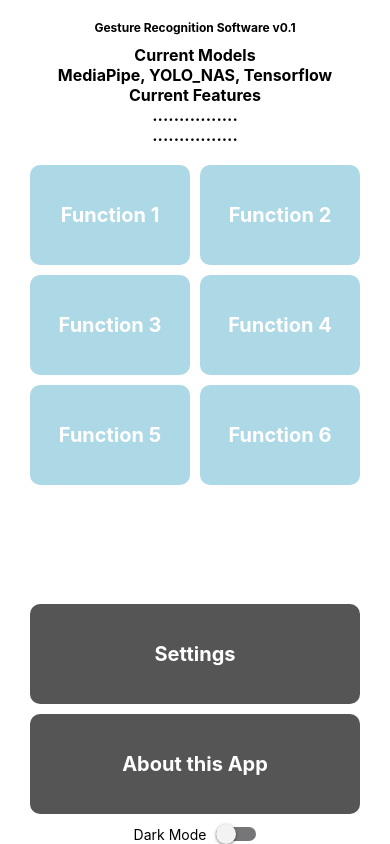
Repository: hajin-park/V-QUIP
Page: / (app in frontend/react-native-app/)
These files come from the project's save history. The page is drawn as it stood at one moment and after the next save; the edit follows.
The browser window is 390 px wide. The pictures show the whole page.
The app was drawn by React Native's web renderer in a window 390 px wide. The project was rebuilt for these pictures with package versions that can differ from the ones it lists, and the page was loaded fresh each time.

Above is the page before, as saved 2024-04-08 00:09:05.

### frontend/react-native-app/App.js
import React, { useState } from 'react';
import { StatusBar } from 'expo-status-bar';
import { StyleSheet, Text, View, TouchableOpacity, Switch } from 'react-native';

export default function App() {
  const [darkMode, setDarkMode] = useState(false);

  const handleOptionClick = (option) => {
    // Handle click event for the selected option
    console.log(`Function ${option} clicked`);
  };

  return (
    <View style={[styles.container, darkMode && styles.darkContainer]}>
      <Text style={[styles.title, darkMode && styles.darkText]}>Gesture Recognition Software v0.1</Text>
      <View style={styles.infoBox}>
        <Text style={[styles.infoText, darkMode && styles.darkText]}>Current Models</Text>
        <Text style={[styles.infoText, darkMode && styles.darkText]}>MediaPipe, YOLO_NAS, Tensorflow</Text>
        <Text style={[styles.infoText, darkMode && styles.darkText]}>Current Features</Text>
        <Text style={[styles.infoText, darkMode && styles.darkText]}>................</Text>
        <Text style={[styles.infoText, darkMode && styles.darkText]}>................</Text>
      </View>
      <View style={styles.content}>
        <View style={styles.row}>
          <TouchableOpacity style={[styles.box, darkMode && styles.darkBox]} onPress={() => handleOptionClick(1)}>
            <Text style={[styles.text, darkMode && styles.darkText]}>Function 1</Text>
          </TouchableOpacity>
          <TouchableOpacity style={[styles.box, darkMode && styles.darkBox]} onPress={() => handleOptionClick(2)}>
            <Text style={[styles.text, darkMode && styles.darkText]}>Function 2</Text>
          </TouchableOpacity>
        </View>
        <View style={styles.row}>
          <TouchableOpacity style={[styles.box, darkMode && styles.darkBox]} onPress={() => handleOptionClick(3)}>
            <Text style={[styles.text, darkMode && styles.darkText]}>Function 3</Text>
          </TouchableOpacity>
          <TouchableOpacity style={[styles.box, darkMode && styles.darkBox]} onPress={() => handleOptionClick(4)}>
            <Text style={[styles.text, darkMode && styles.darkText]}>Function 4</Text>
          </TouchableOpacity>
        </View>
        <View style={styles.row}>
          <TouchableOpacity style={[styles.box, darkMode && styles.darkBox]} onPress={() => handleOptionClick(5)}>
            <Text style={[styles.text, darkMode && styles.darkText]}>Function 5</Text>
          </TouchableOpacity>
          <TouchableOpacity style={[styles.box, darkMode && styles.darkBox]} onPress={() => handleOptionClick(6)}>
            <Text style={[styles.text, darkMode && styles.darkText]}>Function 6</Text>
          </TouchableOpacity>
        </View>
      </View>
      {/* Settings and About This App boxes */}
      <View style={styles.row}>
          <TouchableOpacity style={[styles.box2, darkMode && styles.darkBox]} onPress={() => handleOptionClick(5)}>
            <Text style={[styles.text, darkMode && styles.darkText]}>Settings</Text>
          </TouchableOpacity>
      </View>
      <View style={styles.row}>
          <TouchableOpacity style={[styles.box2, darkMode && styles.darkBox]} onPress={() => handleOptionClick(6)}>
            <Text style={[styles.text, darkMode && styles.darkText]}>About this App</Text>
          </TouchableOpacity>
        </View>
      <View style={styles.darkModeSwitchContainer}>
        <Text style={[styles.darkModeText, darkMode && styles.darkText]}>Dark Mode</Text>
        <Switch
          trackColor={{ false: "#767577", true: "#81b0ff" }}
          thumbColor={darkMode ? "#f5dd4b" : "#f4f3f4"}
          ios_backgroundColor="#3e3e3e"
          onValueChange={() => setDarkMode(!darkMode)}
          value={darkMode}
        />
      </View>
      <StatusBar style="auto" />
    </View>
  );
}

const styles = StyleSheet.create({
  container: {
    flex: 1,
    backgroundColor: '#fff',
    paddingHorizontal: 10,
    paddingTop: 20,
  },
  darkContainer: {
    backgroundColor: '#121212',
  },
  title: {
    fontSize: 12,
    fontWeight: 'bold',
    marginBottom: 10,
    textAlign: 'center',
  },
  darkText: {
    color: '#ffffff',
  },
  infoBox: {
    alignItems: 'center',
    marginBottom: 20,
  },
  infoText: {
    fontSize: 16,
    fontWeight: 'bold',
    color: '#000000',
  },
  content: {
    flex: 1,
    alignItems: 'center',
  },
  row: {
    flexDirection: 'row',
    justifyContent: 'center',
    marginBottom: 10,
  },
  box: {
    width: 160,
    height: 100,
    backgroundColor: '#ADD8E6', // Light blue color
    borderRadius: 10, // Rounded edges
    alignItems: 'center',
    justifyContent: 'center',
    marginHorizontal: 5,
  },
  box2: {
    width: 330,
    height: 100,
    backgroundColor: '#555', // Light blue color
    borderRadius: 10, // Rounded edges
    alignItems: 'center',
    justifyContent: 'center',
    marginHorizontal: 10,
  },
  text: {
    fontSize: 20,
    fontWeight: 'bold',
    color: '#FFFFFF', // White text color
  },
  darkBox: {
    backgroundColor: '#2d2d2d', // Dark gray color
  },
  horizontalContainer: {
    flexDirection: 'row',
    justifyContent: 'space-between',
    marginBottom: 10,
  },
  horizontalBox: {
    width: '70%',
    height: 80,
    backgroundColor: '#ADD8E6', // Light blue color
    borderRadius: 10, // Rounded edges
    alignItems: 'center',
    justifyContent: 'center',
  },
  darkModeSwitchContainer: {
    flexDirection: 'row',
    alignItems: 'center',
    justifyContent: 'center',
  },
  darkModeText: {
    marginRight: 10,
    color: '#000000',
  },
});

After the next save:
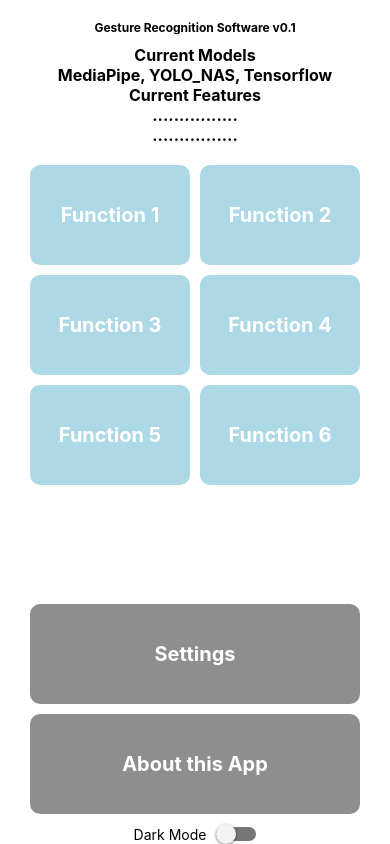
Saved 11 s later.
--- a/frontend/react-native-app/App.js
+++ b/frontend/react-native-app/App.js
@@ -121,7 +121,7 @@ const styles = StyleSheet.create({
   box2: {
     width: 330,
     height: 100,
-    backgroundColor: '#555', // Light blue color
+    backgroundColor: '#8e8e8e', // Light blue color
     borderRadius: 10, // Rounded edges
     alignItems: 'center',
     justifyContent: 'center',
